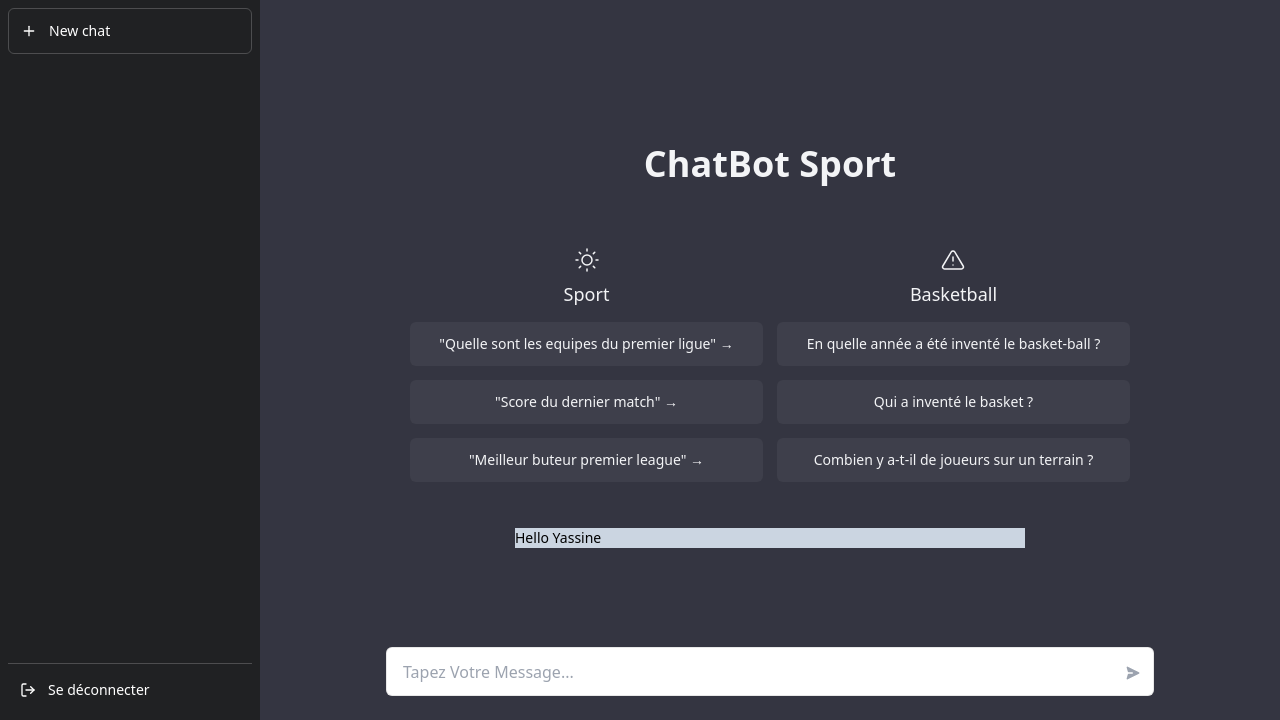
Repository: HaithemBenSlama/chatbot-front
Page: /, after clicking the first element matching `button.sc-gsFSXq`
These files come from the project's save history. The page is drawn as it stood at one moment and after the next save; the edit follows.
The browser window is 1280 px wide. The pictures show the whole page.
The project was rebuilt for these pictures with package versions that can differ from the ones it lists, and the page was loaded fresh each time. Also part of the build but not shown: src/constants/svg/lightningChargeIcon.js, src/constants/svg/externalLinkIcon.js, src/constants/svg/discordIcon.js, src/constants/svg/menuIcon.js, src/Components/Login/form-input.css.

Above is the page before, as saved 2023-05-01 22:10:53.

### src/App.js
import React from 'react'
import { LeftSection, RightSection } from './Components/main'
import { useState } from "react"
import Login from './Components/Login/Login';

const App = () => {
  const [isLoggedIn, setIsLoggedIn] = useState(false);
  return (
    <div>
      {isLoggedIn ? (
        <>
        <LeftSection setIsLoggedIn={setIsLoggedIn}/>
        <RightSection/>
        </>
      ) : (
        <Login setIsLoggedIn={setIsLoggedIn}/>
      )}
    </div>
  )
      }
export default App

### src/Components/main/index.js
import LeftSection from "./LeftSection";
import RightSection from "./RightSection";
import Footer from "./Footer";

export {RightSection, LeftSection, Footer}

### src/Components/Login/Login.jsx
import React from "react";
import "./login.css";
import * as Components from './Components';
import   { useState } from 'react';
import { useCookies } from "react-cookie";
import FormInput from "./FormInput";

const Login = ({setIsLoggedIn}) => {
    const [token,setToken]=useCookies(["user-token"]);
    const [signIn, toggle] = React.useState(true);
    const [data, setData] = useState();

    const [values, setValues] = useState({
        username: "",
        password: "",
    });
    const onChange = (e) => {
            setValues({ ...values, [e.target.name]: e.target.value });
    };

    const [valuesCreate, setValuesCreate] = useState({
        username: "",
        city: "",
        email: "",
        password: "",
    });
    const onChangeCreate = (e) => {
        setValuesCreate({ ...valuesCreate, [e.target.name]: e.target.value });
    };
    const handleSubmit = (e) => {
        e.preventDefault();
    };

    const inputs = [
        {
        id: 1,
        name: "username",
        type: "text",
        placeholder: "Username",
        errorMessage:
            "Username should be 3-16 characters and shouldn't include any special character!",
        label: "Username",
        pattern: "^[A-Za-z0-9]{3,16}$",
        required: true,
        },
        {
        id: 2,
        name: "password",
        type: "password",
        placeholder: "Password",
        errorMessage:
            "Password should be 8-20 characters and include at least 1 letter and 1 number!",
        label: "Password",
        pattern: `^(?=.*[0-9])(?=.*[a-zA-Z])[a-zA-Z0-9!@#$%^&*]{8,20}$`,
        required: true,
        },
    ];

    const inputsCreate = [
        {
        id: 1,
        name: "username",
        type: "text",
        placeholder: "Username",
        errorMessage:
            "Username should be 3-16 characters and shouldn't include any special character!",
        label: "Username",
        pattern: "^[A-Za-z0-9]{3,16}$",
        required: true,
        },
        {
            id: 2,
            name: "city",
            type: "text",
            placeholder: "City",
            errorMessage:
                "City name should be 3-16 characters and shouldn't include any special character!",
            label: "City",
            pattern: "^[A-Za-z]{3,16}$",
            required: true,
            },
        {
        id: 3,
        name: "email",
        type: "email",
        placeholder: "Email",
        errorMessage: "It should be a valid email address!",
        label: "Email",
        required: true,
        },
        {
        id: 4,
        name: "password",
        type: "password",
        placeholder: "Password",
        errorMessage:
            "Password should be 8-20 characters and include at least 1 letter and 1 number!",
        label: "Password",
        pattern: `^(?=.*[0-9])(?=.*[a-zA-Z])[a-zA-Z0-9!@#$%^&*]{8,20}$`,
        required: true,
        },
    ];

    const submitLog = async (e) => {
        e.preventDefault()
        const user = {
            username: values.username,
            password: values.password
        };
        const response=await fetch('http://127.0.0.1:8000/user/verif_user_login/', {
            method: 'POST',
            headers: {
                'accept': '*/*',
                'Content-Type':'multipart/form-data; boundary=--------------------------499310528544182401120976',
            },
            body:JSON.stringify(user)
        })
        const responseJson=await response.json();
        setToken("user-token",responseJson.usertoken);
    };

    const submitCreate = async (e) => {

        e.preventDefault()
        const user = {
            username: valuesCreate.username,
            city: valuesCreate.city,
            email: valuesCreate.email,
            password: valuesCreate.password
        };
        const response=await fetch('http://127.0.0.1:8000/user/verif_user/', {
            method: 'POST',
            headers: {
                'accept': '*/*',
                'Content-Type':'multipart/form-data; boundary=--------------------------499310528544182401120976',
            },
            body:JSON.stringify(user)
        })
        const responseJson=await response.json();
        setToken("user-token",responseJson.usertoken);
    };


        return(
            <div className="comp_body"><h1 className="logTitle">ChatBot</h1>
                <Components.Container>
                    <Components.SignUpContainer signinIn={signIn}>
                        <Components.Form  onSubmit={handleSubmit} >
                            <Components.Title>Create Account</Components.Title>
                            {inputsCreate.map((input) => (
                                <FormInput
                                    key={input.id}
                                    {...input}
                                    value={valuesCreate[input.name]}
                                    onChange={onChangeCreate}
                                />
                                ))}
                            <Components.Button onClick={submitCreate}>Sign Up</Components.Button>
                        </Components.Form>
                    </Components.SignUpContainer>

                    <Components.SignInContainer signinIn={signIn}>
                        <Components.Form >
                            <Components.Title>Log in</Components.Title>
                            {inputs.map((input) => (
                                <FormInput
                                    key={input.id}
                                    {...input}
                                    value={values[input.name]}
                                    onChange={onChange}
                                />
                                ))}
                            <Components.Anchor href='#'>Forgot your password?</Components.Anchor>
                            <Components.Button onClick={()=>{setIsLoggedIn(true)}} >Sign In</Components.Button>
                        </Components.Form>
                    </Components.SignInContainer>

                    <Components.OverlayContainer signinIn={signIn}>
                    <Components.Overlay signinIn={signIn}>

                    <Components.LeftOverlayPanel signinIn={signIn}>
                        <Components.Title>Welcome Back!</Components.Title>
                        <Components.Paragraph>
                            To keep connected with us please login with your personal info
                        </Components.Paragraph>
                        <Components.GhostButton onClick={() => toggle(true)}>
                            Sign In
                        </Components.GhostButton>
                        </Components.LeftOverlayPanel>

                        <Components.RightOverlayPanel signinIn={signIn}>
                            <Components.Title>Hello, Friend!</Components.Title>
                            <Components.Paragraph>
                                Enter Your personal details and start journey with us
                            </Components.Paragraph>
                                <Components.GhostButton onClick={() => toggle(false)}>
                                    Sigin Up
                                </Components.GhostButton>
                        </Components.RightOverlayPanel>

                    </Components.Overlay>
                </Components.OverlayContainer>

            </Components.Container>
        </div>
        )
}

export default Login;

### src/Components/main/LeftSection/index.js
import React from "react";
import { LogOutIcon,PlusIcon,} from "../../../constants";

const LeftSection = ({ show = false }) => {
  return (
    <div
      className={`${show && " flex flex-col"} ${
        !show && "hidden"
      } bg-black md:fixed md:inset-y-0 md:flex md:w-[260px] md:flex-col`}
    >
      <div className="flex h-full min-h-0 flex-col ">
        <div className="scrollbar-trigger flex h-full w-full flex-1 items-start border-white/20">
          <nav className="flex h-full flex-1 flex-col space-y-1 p-2">
            <a className="flex py-3 px-3 items-center gap-3 rounded-md hover:bg-gray-500/10 transition-colors duration-200 text-white cursor-pointer text-sm mb-2 flex-shrink-0 border border-white/20">
              <PlusIcon />
              New chat
            </a>
            <div className="flex-col flex-1 overflow-y-auto border-b border-white/20">
              <div className="flex flex-col gap-2 text-gray-100 text-sm">
                {/*  */}
              </div>
            </div>
              <a
                className="flex py-3 px-3 items-center gap-3 rounded-md hover:bg-gray-500/10 transition-colors duration-200 text-white cursor-pointer text-sm"
                href="/Login"
              >
                <LogOutIcon/>
                Se déconnecter
              </a>
          </nav>
        </div>
      </div>
    </div>
  );
};

export default LeftSection;

### src/Components/main/RightSection/index.js
import { CautionIcon, LightningChargeIcon, SunIcon } from "../../../constants";
import Footer from "../Footer";

const RightSection = () => {
  return (
    <div className="flex h-full flex-1 flex-col md:pl-[260px]">
      <main className="relative h-full w-full transition-width flex flex-col overflow-hidden items-stretch flex-1">
        <div className="flex-1 overflow-hidden">
          <div className="flex flex-col items-center text-sm h-full md:h-screen bg-lightBlack">
            <div className="text-gray-800 w-full md:max-w-2xl lg:max-w-3xl md:h-full md:flex md:flex-col px-6">
              <h1 className="text-4xl text-gray-100 font-semibold text-center mt-6 sm:mt-[20vh] ml-auto mr-auto mb-10 sm:mb-16">
                ChatBot Sport
              </h1>
              <div className="md:flex items-start text-center gap-3.5">
                {[
                  {
                    icon: <SunIcon />,
                    title: "Sport",
                    subTitle: [
                      `"Quelle sont les equipes du premier ligue" →`,
                      `"Score du dernier match" →`,
                      `"Meilleur buteur premier league" →`,
                    ],
                    hover: true,
                  },
                  {
                    icon: <CautionIcon />,
                    title: "Basketball",
                    subTitle: [
                      `En quelle année a été inventé le basket-ball ?`,
                      `Qui a inventé le basket ?`,
                      `Combien y a-t-il de joueurs sur un terrain ?`,
                    ],
                    hover: false,
                  },
                ].map((item, index) => (
                  <div
                    className="flex flex-col mb-8 md:mb-auto gap-3.5 flex-1"
                    key={index}
                  >
                    <h2 className="flex gap-3 text-gray-100 items-center m-auto text-lg font-normal md:flex-col md:gap-2">
                      {item.icon}
                      {item.title}
                    </h2>
                    <ul className="flex flex-col gap-3.5 w-full sm:max-w-md m-auto">
                      {item.subTitle.map((subTitle, subTitleIndex) => (
                        <button
                          className={`w-full bg-gray-50 text-gray-100 bg-white/5 p-3 rounded-md ${
                            item.hover
                              ? "hover:bg-gray-200 dark:hover:bg-gray-900 cursor-pointer"
                              : "cursor-text"
                          }`}
                          key={subTitleIndex}
                        >
                          {subTitle}
                        </button>
                      ))}
                    </ul>
                  </div>
                ))}
              </div>
            </div>
            <div className="w-1/2 h-48 flex-shrink-0 border-spacing-8">
              <p className="bg-slate-300">Hello Yassine</p>
            </div>
          </div>
        </div>
        <Footer />
      </main>
    </div>
  );
};

export default RightSection;

### src/Components/main/Footer/index.js
import React from "react";
import { PlaneIcon, UserIcon } from "../../../constants";

const Footer = () => {
  return (
    <div className="absolute bottom-0 left-0 w-full border-t md:border-t-0 dark:border-white/20 md:border-transparent md:dark:border-transparent md:bg-vert-light-gradient bg-gray-800 md:!bg-transparent">
      <form className="mx-2 flex flex-row gap-3 pt-2 last:mb-2 md:last:mb-6 lg:mx-auto lg:max-w-3xl lg:pt-6">
        <div className="relative flex h-full flex-1 md:flex-col">
          <div className="ml-1 mt-1.5 md:w-full md:m-auto md:flex md:mb-2 gap-2 justify-center">
            <div className="text-gray-100 p-1 md:hidden">
              <UserIcon />
            </div>
          </div>
          {/* Input */}
          <div className="flex flex-col w-full py-2 pl-3 flex-grow md:py-3 md:pl-4 relative border border-black/10 bg-white dark:border-gray-900/50 dark:text-white rounded-md bg-[rgba(64,65,79,var(--tw-bg-opacity))]">
            <textarea
              tabIndex="0"
              data-id="root"
              rows="1"
              placeholder="Tapez Votre Message..."
              className="m-0 w-full resize-none border-0 bg-transparent p-0 pr-7 focus:ring-0 focus-visible:ring-0 dark:bg-transparent outline-none overflow-y-hidden h-[23px]"
            ></textarea>
            <button className="absolute p-1 rounded-md text-gray-400 bottom-1.5 right-1 md:bottom-2.5 md:right-2 hover:bg-black">
              <PlaneIcon />
            </button>
          </div>
        </div>
      </form>
    </div>
  );
};

export default Footer;

### src/Components/Login/login.css
* {
    box-sizing: border-box;
}

.comp_body {
    background: #f6f5f7;
    display: flex;
    justify-content: center;
    align-items: center;
    flex-direction: column;
    font-family: "Montserrat", sans-serif;
    height: 100vh;
    margin: -20px 0 50px;
}
.logTitle {
    font-size: 3rem;
    font-weight: 600;
    text-align: center;
    margin-bottom: 2rem;
    color: #038c7a;
    text-shadow: 2px 2px 0px #f2f2f2, -2px -2px 0px #f2f2f2, 2px -2px 0px #f2f2f2, -2px 2px 0px #f2f2f2;
    text-transform: uppercase;
    letter-spacing: 3px;
    line-height: 1;
    position: relative;
}
.logTitle:before{
    content: "";
    width: 100%;
    height: 1px;
    position: absolute;
    bottom: -0.5rem;
    left: 0;
    background-color: #5c5c5c;
}

### src/Components/Login/Components.js
import styled from 'styled-components';

export const Container = styled.div`
background-color: #fff;
border-radius: 10px;
box-shadow: 0 14px 28px rgba(0, 0, 0, 0.25), 0 10px 10px rgba(0, 0, 0, 0.22);
position: relative;
overflow: hidden;
width: 678px;
max-width: 100%;
min-height: 450px;
`;

export const SignUpContainer = styled.div`
position: absolute;
top: 0;
height: 100%;
transition: all 0.6s ease-in-out;
left: 0;
width: 50%;
opacity: 0;
z-index: 1;
${props => props.signinIn !== true ? `
    transform: translateX(100%);
    opacity: 1;
    z-index: 5;
`
: null}
`;


export const SignInContainer = styled.div`
position: absolute;
top: 0;
height: 100%;
transition: all 0.6s ease-in-out;
left: 0;
width: 50%;
z-index: 2;
${props => (props.signinIn !== true ? `transform: translateX(100%);` : null)}
`;

export const Form = styled.div`
background-color: #ffffff;
display: flex;
align-items: center;
justify-content: center;
flex-direction: column;
padding: 0 50px;
height: 100%;
text-align: center;
`;

export const Title = styled.h1`
font-weight: bold;
margin-bottom: 15px;
`;

export const Input = styled.input`
background-color: #eee;
border: none;
padding: 12px 15px;
margin: 8px 0;
width: 100%;
`;


export const Button = styled.button`
    border-radius: 20px;
    border: 1px solid #1775d2;
    background-color: #1775d2;
    color: #ffffff;
    font-size: 12px;
    font-weight: bold;
    padding: 12px 45px;
    letter-spacing: 1px;
    text-transform: uppercase;
    transition: transform 80ms ease-in;
    &:active{
        transform: scale(0.95);
    }
    &:focus {
        outline: none;
    }
`;
export const GhostButton = styled(Button)`
background-color: transparent;
border-color: #ffffff;
`;

export const Anchor = styled.a`
color: #333;
font-size: 14px;
text-decoration: none;
margin: 15px 0;
`;
export const OverlayContainer = styled.div`
position: absolute;
top: 0;
left: 50%;
width: 50%;
height: 100%;
overflow: hidden;
transition: transform 0.6s ease-in-out;
z-index: 100;
${props =>
props.signinIn !== true ? `transform: translateX(-100%);` : null}
`;

export const Overlay = styled.div`
background: #1775d2;
background: -webkit-linear-gradient(to right, #1775d2, #25b579);
background: linear-gradient(to right, #1775d2,#1775d2);
background-repeat: no-repeat;
background-size: cover;
background-position: 0 0;
color: #ffffff;
position: relative;
left: -100%;
height: 100%;
width: 200%;
transform: translateX(0);
transition: transform 0.6s ease-in-out;
${props => (props.signinIn !== true ? `transform: translateX(50%);` : null)}
`;

export const OverlayPanel = styled.div`
    position: absolute;
    display: flex;
    align-items: center;
    justify-content: center;
    flex-direction: column;
    padding: 0 40px;
    text-align: center;
    top: 0;
    height: 100%;
    width: 50%;
    transform: translateX(0);
    transition: transform 0.6s ease-in-out;
`;

export const LeftOverlayPanel = styled(OverlayPanel)`
transform: translateX(-20%);
${props => props.signinIn !== true ? `transform: translateX(0);` : null}
`;

export const RightOverlayPanel = styled(OverlayPanel)`
    right: 0;
    transform: translateX(0);
    ${props => props.signinIn !== true ? `transform: translateX(20%);` : null}
`;

export const Paragraph = styled.p`
font-size: 14px;
font-weight: 100;
line-height: 20px;
letter-spacing: 0.5px;
margin: 20px 0 30px
`;

### src/Components/Login/FormInput.jsx
import { useState } from "react";
import "./form-input.css";

const FormInput = (props) => {
const [focused, setFocused] = useState(false);
const { label, errorMessage, onChange, id, ...inputProps } = props;

const handleFocus = (e) => {
    setFocused(true);
};

return (
    <div className="formInput">
    <input className="inputAuth"
        {...inputProps}
        onChange={onChange}
        onBlur={handleFocus}
        onFocus={() =>
        inputProps.name === "confirmPassword" && setFocused(true)
        }
        focused={focused.toString()}
    />
    <span className="spanAuth">{errorMessage}</span>
    </div>
);
};

export default FormInput;

### src/constants/index.js
import SunIcon from "./svg/sunIcon";
import LightningChargeIcon from "./svg/lightningChargeIcon";
import CautionIcon from "./svg/cautionIcon";
import PlaneIcon from "./svg/planeIcon";
import PlusIcon from "./svg/plusIcon";
import ExternalLinkIcon from "./svg/externalLinkIcon";
import DiscordIcon from "./svg/discordIcon";
import LogOutIcon from "./svg/logOutIcon";
import MenuIcon from "./svg/menuIcon";
import UserIcon from "./svg/userIcon";

export {
  SunIcon,
  LightningChargeIcon,
  CautionIcon,
  PlaneIcon,
  PlusIcon,
  DiscordIcon,
  ExternalLinkIcon,
  LogOutIcon,
  MenuIcon,
  UserIcon,
};

### src/constants/svg/sunIcon.js
import React from "react";

const SunIcon = ({ className = "h-6 w-6", strokeWidth = "1.5" }) => {
  return (
    <svg
      stroke="currentColor"
      fill="none"
      strokeWidth={strokeWidth}
      viewBox="0 0 24 24"
      strokeLinecap="round"
      strokeLinejoin="round"
      className={className}
      height="1em"
      width="1em"
      xmlns="http://www.w3.org/2000/svg"
    >
      <circle cx="12" cy="12" r="5"></circle>
      <line x1="12" y1="1" x2="12" y2="3"></line>
      <line x1="12" y1="21" x2="12" y2="23"></line>
      <line x1="4.22" y1="4.22" x2="5.64" y2="5.64"></line>
      <line x1="18.36" y1="18.36" x2="19.78" y2="19.78"></line>
      <line x1="1" y1="12" x2="3" y2="12"></line>
      <line x1="21" y1="12" x2="23" y2="12"></line>
      <line x1="4.22" y1="19.78" x2="5.64" y2="18.36"></line>
      <line x1="18.36" y1="5.64" x2="19.78" y2="4.22"></line>
    </svg>
  );
};

export default SunIcon;

### src/constants/svg/cautionIcon.js
import React from "react";

const CautionIcon = () => {
  return (
    <svg
      stroke="currentColor"
      fill="none"
      strokeWidth="1.5"
      viewBox="0 0 24 24"
      strokeLinecap="round"
      strokeLinejoin="round"
      className="h-6 w-6"
      height="1em"
      width="1em"
      xmlns="http://www.w3.org/2000/svg"
    >
      <path d="M10.29 3.86L1.82 18a2 2 0 0 0 1.71 3h16.94a2 2 0 0 0 1.71-3L13.71 3.86a2 2 0 0 0-3.42 0z"></path>
      <line x1="12" y1="9" x2="12" y2="13"></line>
      <line x1="12" y1="17" x2="12.01" y2="17"></line>
    </svg>
  );
};

export default CautionIcon;

### src/constants/svg/planeIcon.js
import React from "react";

const PlaneIcon = () => {
  return (
    <svg
      stroke="currentColor"
      fill="currentColor"
      strokeWidth="0"
      viewBox="0 0 20 20"
      className="h-4 w-4 rotate-90"
      height="1em"
      width="1em"
      xmlns="http://www.w3.org/2000/svg"
    >
      <path d="M10.894 2.553a1 1 0 00-1.788 0l-7 14a1 1 0 001.169 1.409l5-1.429A1 1 0 009 15.571V11a1 1 0 112 0v4.571a1 1 0 00.725.962l5 1.428a1 1 0 001.17-1.408l-7-14z"></path>
    </svg>
  );
};

export default PlaneIcon;

### src/constants/svg/plusIcon.js
import React from "react";

const PlusIcon = ({ className = "h-4 w-4" }) => {
  return (
    <svg
      stroke="currentColor"
      fill="none"
      strokeWidth="2"
      viewBox="0 0 24 24"
      strokeLinecap="round"
      strokeLinejoin="round"
      className={className}
      height="1em"
      width="1em"
      xmlns="http://www.w3.org/2000/svg"
    >
      <line x1="12" y1="5" x2="12" y2="19"></line>
      <line x1="5" y1="12" x2="19" y2="12"></line>
    </svg>
  );
};

export default PlusIcon;

### src/constants/svg/logOutIcon.js
import React from "react";

const LogOutIcon = () => {
  return (
    <svg
      stroke="currentColor"
      fill="none"
      strokeWidth="2"
      viewBox="0 0 24 24"
      strokeLinecap="round"
      strokeLinejoin="round"
      className="h-4 w-4"
      height="1em"
      width="1em"
      xmlns="http://www.w3.org/2000/svg"
    >
      <path d="M9 21H5a2 2 0 0 1-2-2V5a2 2 0 0 1 2-2h4"></path>
      <polyline points="16 17 21 12 16 7"></polyline>
      <line x1="21" y1="12" x2="9" y2="12"></line>
    </svg>
  );
};

export default LogOutIcon;

### src/constants/svg/userIcon.js
import React from "react";

const UserIcon = () => {
  return (
    <svg
      xmlns="http://www.w3.org/2000/svg"
      fill="none"
      viewBox="0 0 24 24"
      strokeWidth={1.5}
      stroke="currentColor"
      className="w-6 h-6"
    >
      <path
        strokeLinecap="round"
        strokeLinejoin="round"
        d="M15.75 6a3.75 3.75 0 11-7.5 0 3.75 3.75 0 017.5 0zM4.501 20.118a7.5 7.5 0 0114.998 0A17.933 17.933 0 0112 21.75c-2.676 0-5.216-.584-7.499-1.632z"
      />
    </svg>
  );
};

export default UserIcon;

### tailwind.config.js
/** @type {import('tailwindcss').Config} */
module.exports = {
  content: ["./src/**/*.{js,jsx,ts,tsx}"],
  theme: {
    extend: {
      colors: {
        black: "#202123",
        lightBlack: "#343541",
      },
    },
  },
  plugins: [],
};

Loaded but not shown: public/index.html (common file); src/index.js (common file); src/index.css (common file)

After the next save:
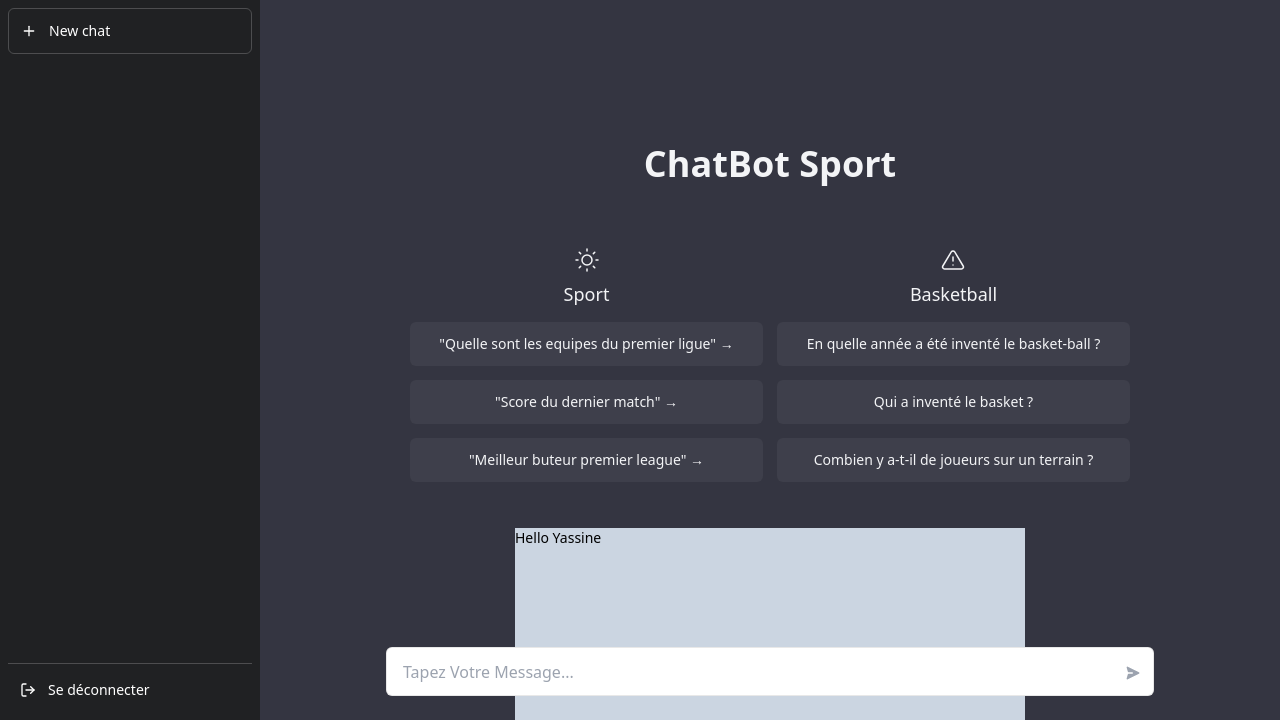
Saved 32 s later.
--- a/src/Components/main/RightSection/index.js
+++ b/src/Components/main/RightSection/index.js
@@ -60,8 +60,8 @@ const RightSection = () => {
                 ))}
               </div>
             </div>
-            <div className="w-1/2 h-48 flex-shrink-0 border-spacing-8">
-              <p className="bg-slate-300">Hello Yassine</p>
+            <div className="w-1/2 h-48 flex-shrink-0 bg-slate-300 ">
+              <p className="">Hello Yassine</p>
             </div>
           </div>
         </div>
